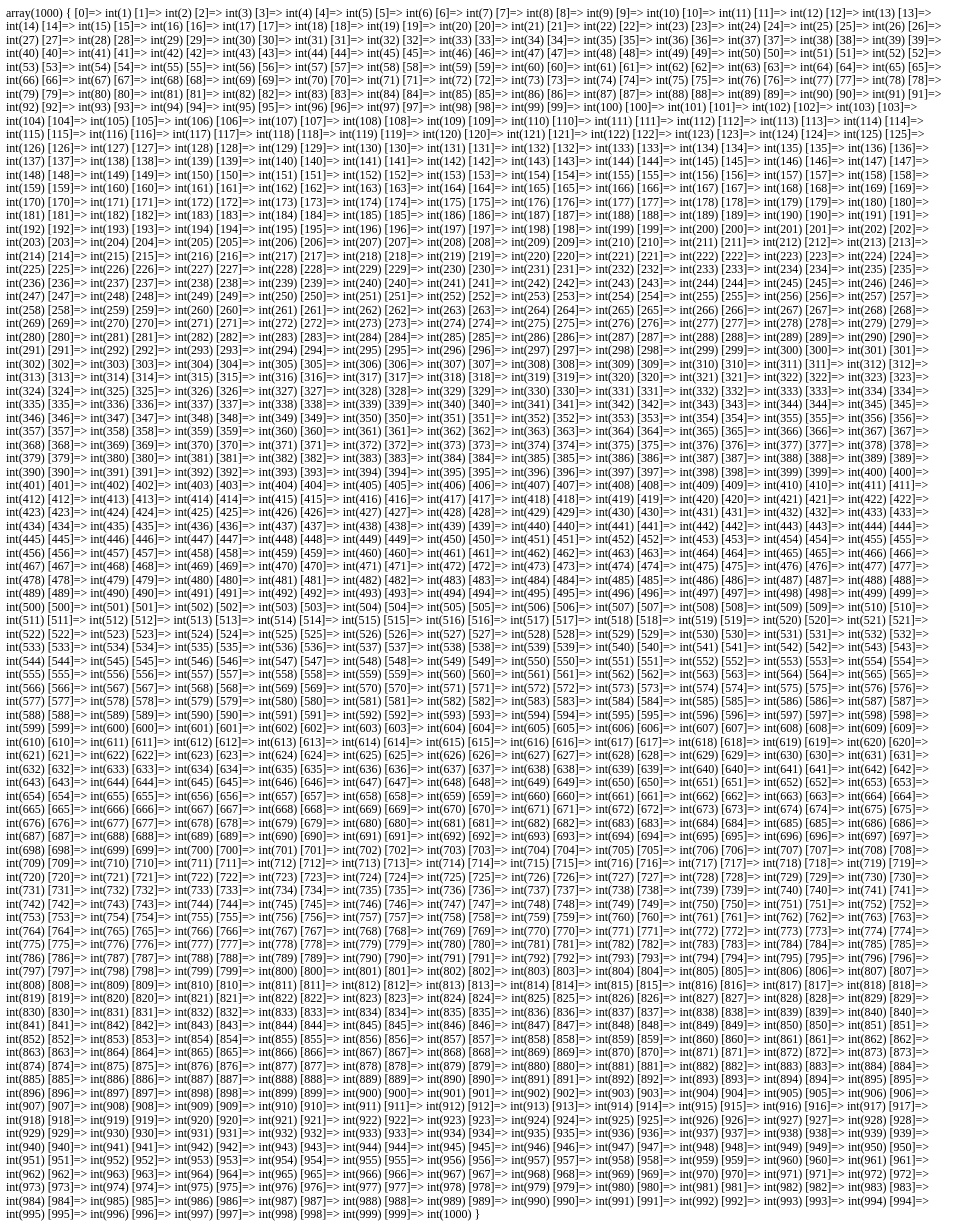
Repository: Sameldon930/phpLearn
Page: http://localhost/phpLearn/reference_variable/one.php
These files come from the project's save history. The page is drawn as it stood at one moment and after a run of saves; the edit follows.
The browser window is 1280 px wide. The pictures show the whole page, at 75% of full size.
The page is run by PHP 8.4 with error messages shown; the project is at /var/www/html/.

Above is the page before, as saved 2019-05-29 09:55:59.

### reference_variable/one.php
<?php

/**
 * 引用变量的相关知识
 *
 */

$a = range(1,1000);//一个数组 1到1000
var_dump($a);

After the next 4 saves:
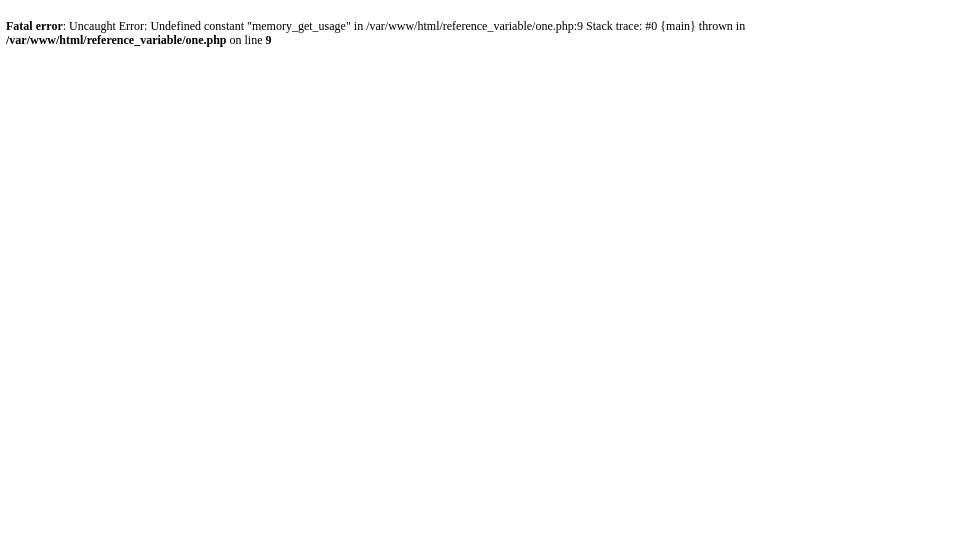
The 4 saves are shown as one change because they came seconds apart.
The last was saved 6 min 52 s later.
--- a/reference_variable/one.php
+++ b/reference_variable/one.php
@@ -6,4 +6,4 @@
  */
 
 $a = range(1,1000);//一个数组 1到1000
-var_dump($a);
+var_dump(memory_get_usage);
